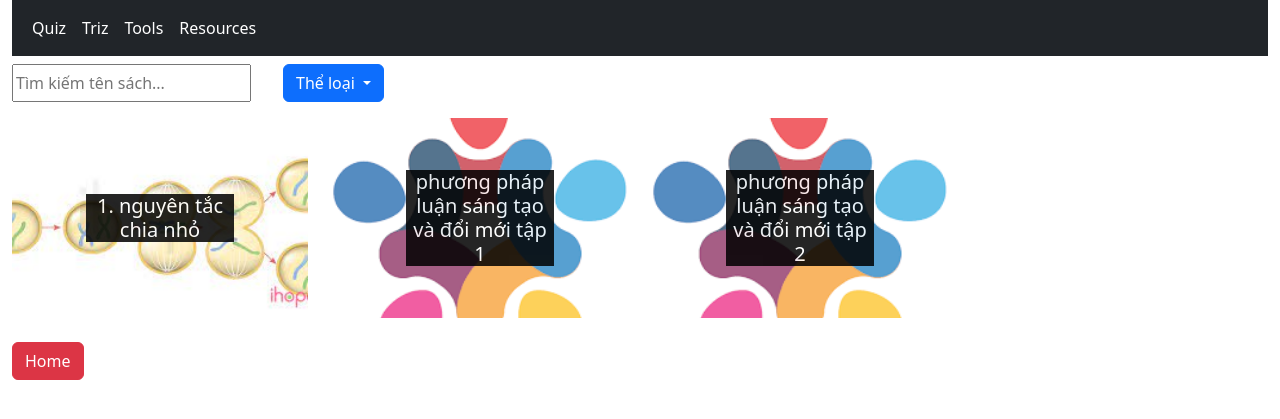
Repository: tran-thien-nhan/quiz_tlln
Page: triz_blog.html
An editor plug-in stored every save of this project. The page is shown before and after the next save, followed by the edit.
The browser window is 1280 px wide. The pictures show the whole page.

Above is the page before, as saved 2023-06-28 12:52:34.

After the next save:
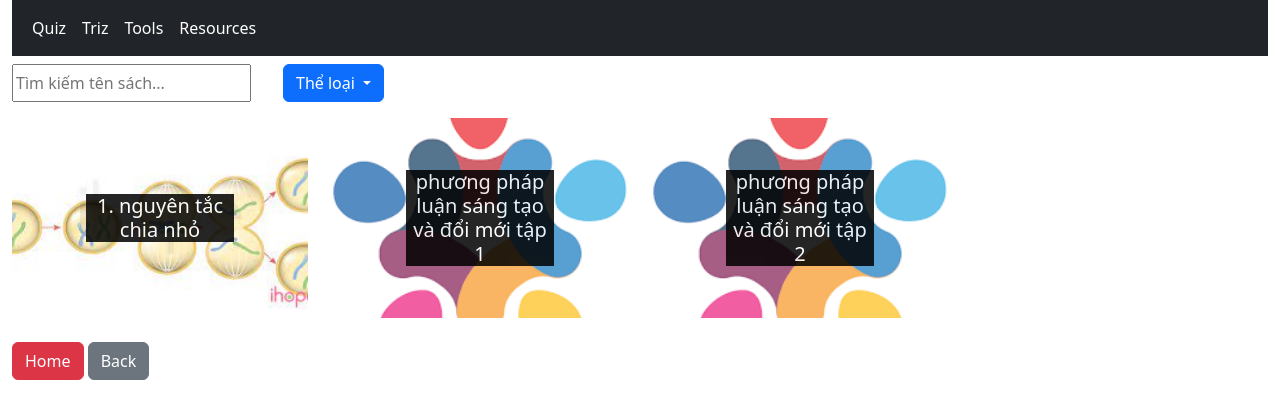
Saved 2 min 23 s later.
--- a/triz_blog.html
+++ b/triz_blog.html
@@ -91,6 +91,7 @@
     </div>
     <br>
     <a href="quiz.html" class="btn btn-danger" style="margin-left: 0.75rem;">Home</a>
+    <a id="backButton" class="btn btn-secondary">Back</a>
 
     <script src="https://cdn.jsdelivr.net/npm/bootstrap@5.3.0/dist/js/bootstrap.bundle.min.js"></script>
     <script>
